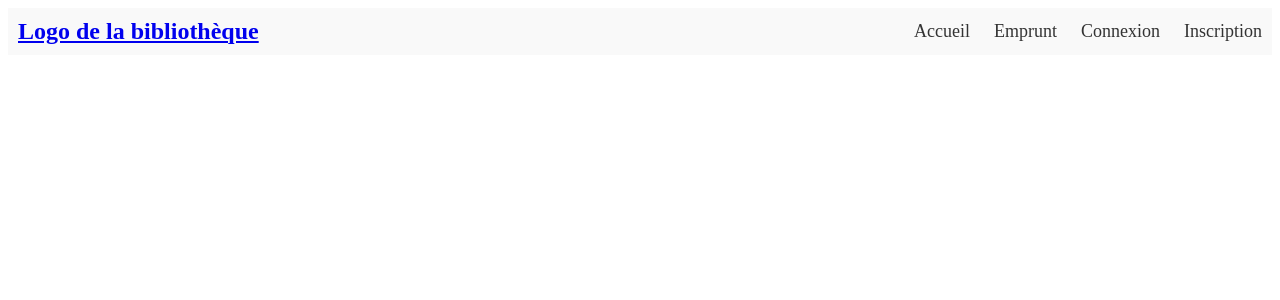
Repository: Eurin-lumen/space
Page: http://localhost/
An editor plug-in stored every save of this project. The page is shown before and after the next save, followed by the edit.
The browser window is 1280 px wide. The pictures show the whole page.
The page is run by PHP 8.4 with error messages shown; the project is at /var/www/html/. Queries for data that is not in the repository find no rows.

Above is the page before, as saved 2023-07-23 19:56:51.

### index.php
<?php
require_once 'includes/config.php';
require_once 'includes/functions.php';

// Récupérer tous les livres disponibles
$books = getAllBooks();
?>

<!DOCTYPE html>
<html>
<head>
    <title>Page d'accueil</title>
    <!-- <link rel="stylesheet" type="text/css" href="css/style.css"> -->
    <!-- <link rel="stylesheet" type="text/css" href="user/user_style.css"> -->
    <link rel="stylesheet" href="css/header.css">

</head>
<body>
    <?php include 'header.php'; ?>

    <main>
        <div class="book-list">
            <?php foreach ($books as $book) : ?>
                <div class="book">
                    <img src="images/<?php echo $book['image']; ?>" alt="<?php echo $book['title']; ?>">
                    <h2><?php echo $book['title']; ?></h2>
                    <p><strong>Auteur :</strong> <?php echo $book['author']; ?></p>
                    <p><strong>Domaine :</strong> <?php echo $book['domain']; ?></p>
                    <p><strong>Description :</strong> <?php echo $book['description']; ?></p>
                    <p><strong>Nombre d'exemplaires disponibles :</strong> <?php echo $book['copies']; ?></p>
                    <a href="user/view_book.php?id=<?php echo $book['id']; ?>" class="view-button">Voir Détails</a>
                </div>
            <?php endforeach; ?>
        </div>
    </main>

</body>
</html>

### includes/config.php
<?php
// Configuration de la base de données
define('DB_HOST', 'localhost'); // Adresse du serveur de la base de données
define('DB_USER', 'root'); // Nom d'utilisateur de la base de données
define('DB_PASS', ''); // Mot de passe de la base de données
define('DB_NAME', 'library_management'); // Nom de la base de données

// Connexion à la base de données
$conn = mysqli_connect(DB_HOST, DB_USER, DB_PASS, DB_NAME);

// Vérifier la connexion
if (!$conn) {
    die("La connexion à la base de données a échoué : " . mysqli_connect_error());
}
?>

### includes/functions.php
<?php
require_once 'config.php';
///* CAPITAINE *////

// Fonction pour récupérer tous les livres de la base de données
function getAllBooks() {
    global $conn;

    $sql = "SELECT * FROM books";
    $result = mysqli_query($conn, $sql);

    $books = array();

    while ($row = mysqli_fetch_assoc($result)) {
        $books[] = $row;
    }

    return $books;
}


//**END CAPITAINE */

// Fonction pour vérifier les informations de connexion de l'utilisateur
function checkLogin($username, $password) {
    global $conn;
    $sql = "SELECT id, password FROM users WHERE username = ?";
    $stmt = mysqli_prepare($conn, $sql);

    if (!$stmt) {
        return false;
    }

    mysqli_stmt_bind_param($stmt, "s", $username);
    mysqli_stmt_execute($stmt);
    mysqli_stmt_bind_result($stmt, $user_id, $hashed_password);
    mysqli_stmt_fetch($stmt);
    mysqli_stmt_close($stmt);

    // Vérifier si le mot de passe haché correspond au mot de passe saisi
    if (password_verify($password, $hashed_password)) {
        return $user_id;
    } else {
        return false;
    }
}

// Fonction pour ajouter un nouvel utilisateur
function addUser($username, $hashed_password) {
    global $conn;
    $sql = "INSERT INTO users (username, password) VALUES (?, ?)";
    $stmt = mysqli_prepare($conn, $sql);

    if (!$stmt) {
        return false;
    }

    mysqli_stmt_bind_param($stmt, "ss", $username, $hashed_password);
    $result = mysqli_stmt_execute($stmt);
    mysqli_stmt_close($stmt);

    return $result;
}

// Fonction pour récupérer les informations de l'utilisateur par son ID
function getUserById($user_id) {
    global $conn;
    $sql = "SELECT id, username, role FROM users WHERE id = ?";
    $stmt = mysqli_prepare($conn, $sql);

    if (!$stmt) {
        return null;
    }

    mysqli_stmt_bind_param($stmt, "i", $user_id);
    mysqli_stmt_execute($stmt);
    mysqli_stmt_bind_result($stmt, $id, $username, $role);
    mysqli_stmt_fetch($stmt);
    mysqli_stmt_close($stmt);

    if (!$id) {
        return null;
    }

    return ['id' => $id, 'username' => $username, 'role' => $role];
}

// Fonction pour récupérer les informations de l'utilisateur par son nom d'utilisateur
function getUserByUsername($username) {
    global $conn;
    $sql = "SELECT id, username FROM users WHERE username = ?";
    $stmt = mysqli_prepare($conn, $sql);

    if (!$stmt) {
        return null;
    }

    mysqli_stmt_bind_param($stmt, "s", $username);
    mysqli_stmt_execute($stmt);
    mysqli_stmt_bind_result($stmt, $id, $username);
    mysqli_stmt_fetch($stmt);
    mysqli_stmt_close($stmt);

    if (!$id) {
        return null;
    }

    return ['id' => $id, 'username' => $username];
}


// Fonction pour récupérer les livres empruntés par un utilisateur par son ID
function getBorrowedBooksByUserId($user_id) {
    global $conn;

    $sql = "SELECT books.title, books.author, books.borrow_date FROM borrowed_books JOIN books ON borrowed_books.book_id = books.id WHERE borrowed_books.user_id = ?";
    $stmt = mysqli_prepare($conn, $sql);

    if (!$stmt) {
        return array();
    }

    mysqli_stmt_bind_param($stmt, "i", $user_id);

    if (mysqli_stmt_execute($stmt)) {
        $result = mysqli_stmt_get_result($stmt);
        $borrowedBooks = array();
        while ($book = mysqli_fetch_assoc($result)) {
            $borrowedBooks[] = $book;
        }
        return $borrowedBooks;
    } else {
        return array();
    }
}

// Fonction pour récupérer les informations d'un livre à partir de son identifiant
function getBookById($bookId) {
    global $conn;

    // Préparer la requête SQL pour récupérer les informations du livre
    $sql = "SELECT * FROM books WHERE id = ?";
    $stmt = mysqli_prepare($conn, $sql);

    // Vérifier si la préparation de la requête a réussi
    if (!$stmt) {
        return null; // Une erreur s'est produite lors de la préparation de la requête
    }

    mysqli_stmt_bind_param($stmt, "i", $bookId);

    // Exécuter la requête
    if (mysqli_stmt_execute($stmt)) {
        // Récupérer le résultat de la requête
        $result = mysqli_stmt_get_result($stmt);

        // Vérifier si un livre a été trouvé
        if (mysqli_num_rows($result) === 1) {
            // Récupérer les informations du livre
            $book = mysqli_fetch_assoc($result);
            return $book; // Retourner les informations du livre
        } else {
            return null; // Aucun livre trouvé avec l'identifiant donné
        }
    } else {
        return null; // Une erreur s'est produite lors de l'exécution de la requête
    }
}


// Fonction pour emprunter un livre
function borrowBook($userId, $bookId) {
    global $conn;

    // Vérifier le nombre d'emprunts en cours de l'utilisateur
    $borrowedBooksCount = getBorrowedBooksCount($userId);
    if ($borrowedBooksCount >= 3) {
        return false; // Limite d'emprunts atteinte, impossible d'emprunter plus de livres
    }

    // Vérifier si le livre est disponible (au moins une copie disponible)
    $book = getBookById($bookId);
    if ($book['copies'] <= 0) {
        return false; // Livre indisponible, aucune copie disponible pour l'emprunt
    }

    // Préparer la requête SQL pour enregistrer l'emprunt du livre
    $sql = "INSERT INTO borrowings (user_id, book_id, borrow_date) VALUES (?, ?, NOW())";
    $stmt = mysqli_prepare($conn, $sql);

    // Vérifier si la préparation de la requête a réussi
    if (!$stmt) {
        return false; // Une erreur s'est produite lors de la préparation de la requête
    }

    mysqli_stmt_bind_param($stmt, "ii", $userId, $bookId);

    // Exécuter la requête
    if (mysqli_stmt_execute($stmt)) {
        // Mettre à jour le nombre de copies disponibles du livre
        $updatedCopies = $book['copies'] - 1;
        updateBookCopies($bookId, $updatedCopies);
        return true; // Livre emprunté avec succès
    } else {
        return false; // Une erreur s'est produite lors de l'emprunt du livre
    }
}

// Fonction pour retourner un livre
function returnBook($userId, $bookId) {
    global $conn;

    // Vérifier si l'utilisateur a emprunté le livre
    if (!isBookBorrowedByUser($userId, $bookId)) {
        return false; // L'utilisateur n'a pas emprunté ce livre, impossible de le retourner
    }

    // Préparer la requête SQL pour supprimer l'emprunt du livre
    $sql = "DELETE FROM borrowings WHERE user_id = ? AND book_id = ?";
    $stmt = mysqli_prepare($conn, $sql);

    // Vérifier si la préparation de la requête a réussi
    if (!$stmt) {
        return false; // Une erreur s'est produite lors de la préparation de la requête
    }

    mysqli_stmt_bind_param($stmt, "ii", $userId, $bookId);

    // Exécuter la requête
    if (mysqli_stmt_execute($stmt)) {
        // Mettre à jour le nombre de copies disponibles du livre
        $book = getBookById($bookId);
        $updatedCopies = $book['copies'] + 1;
        updateBookCopies($bookId, $updatedCopies);
        return true; // Livre retourné avec succès
    } else {
        return false; // Une erreur s'est produite lors du retour du livre
    }
}


// Fonction pour récupérer le nombre d'emprunts d'un utilisateur
function getBorrowedBooksCount($userId) {
    global $conn;

    // Préparer la requête SQL pour compter le nombre d'emprunts de l'utilisateur
    $sql = "SELECT COUNT(*) AS count FROM borrowings WHERE user_id = ?";
    $stmt = mysqli_prepare($conn, $sql);

    // Vérifier si la préparation de la requête a réussi
    if (!$stmt) {
        return 0; // Une erreur s'est produite lors de la préparation de la requête
    }

    mysqli_stmt_bind_param($stmt, "i", $userId);

    // Exécuter la requête
    mysqli_stmt_execute($stmt);

    // Récupérer le résultat de la requête
    $result = mysqli_stmt_get_result($stmt);

    // Récupérer le nombre d'emprunts
    $row = mysqli_fetch_assoc($result);
    $count = $row['count'];

    return $count;
}


// Fonction pour vérifier si un livre est emprunté par un utilisateur
function isBookBorrowedByUser($userId, $bookId) {
    global $conn;

    // Préparer la requête SQL pour vérifier si le livre est emprunté par l'utilisateur
    $sql = "SELECT * FROM borrowings WHERE user_id = ? AND book_id = ?";
    $stmt = mysqli_prepare($conn, $sql);

    // Vérifier si la préparation de la requête a réussi
    if (!$stmt) {
        return false; // Une erreur s'est produite lors de la préparation de la requête
    }

    mysqli_stmt_bind_param($stmt, "ii", $userId, $bookId);

    // Exécuter la requête
    mysqli_stmt_execute($stmt);

    // Récupérer le résultat de la requête
    $result = mysqli_stmt_get_result($stmt);

    // Vérifier si le livre est emprunté par l'utilisateur
    if (mysqli_num_rows($result) > 0) {
        return true; // Le livre est emprunté par l'utilisateur
    } else {
        return false; // Le livre n'est pas emprunté par l'utilisateur
    }
}

// Fonction pour rechercher des livres par titre ou auteur
function searchBooks($keyword) {
    global $conn;
    $sql = "SELECT * FROM books WHERE title LIKE ? OR author LIKE ?";
    $stmt = mysqli_prepare($conn, $sql);

    if (!$stmt) {
        return null;
    }

    $searchKeyword = "%" . $keyword . "%";
    mysqli_stmt_bind_param($stmt, "ss", $searchKeyword, $searchKeyword);
    mysqli_stmt_execute($stmt);
    $result = mysqli_stmt_get_result($stmt);
    mysqli_stmt_close($stmt);

    $books = array();
    while ($row = mysqli_fetch_assoc($result)) {
        $books[] = $row;
    }

    return $books;
}


/** PART ADMIN */

function getAdminById($admin_id) {
    global $conn;
    $sql = "SELECT id, username FROM admins WHERE id = ?";
    $stmt = mysqli_prepare($conn, $sql);

    if (!$stmt) {
        return null;
    }

    mysqli_stmt_bind_param($stmt, "i", $admin_id);
    mysqli_stmt_execute($stmt);
    mysqli_stmt_bind_result($stmt, $id, $username);
    mysqli_stmt_fetch($stmt);
    mysqli_stmt_close($stmt);

    if (!$id) {
        return null;
    }

    return ['id' => $id, 'username' => $username];
}

function getAdminByUsername($username) {
    global $conn;
    $sql = "SELECT id, username, password FROM admins WHERE username = ?";
    $stmt = mysqli_prepare($conn, $sql);

    if (!$stmt) {
        return null;
    }

    mysqli_stmt_bind_param($stmt, "s", $username);
    mysqli_stmt_execute($stmt);
    mysqli_stmt_bind_result($stmt, $id, $username, $hashedPassword);
    mysqli_stmt_fetch($stmt);
    mysqli_stmt_close($stmt);

    if (!$id) {
        return null;
    }

    return ['id' => $id, 'username' => $username, 'password' => $hashedPassword];
}

// Fonction pour enregistrer un nouvel administrateur

function registerAdmin($username, $password, $confirm_password) {
    global $conn;

    // Vérifier si les mots de passe correspondent
    if ($password !== $confirm_password) {
        return false; // Les mots de passe ne correspondent pas
    }

    // Vérifier si l'administrateur existe déjà dans la base de données
    $query = "SELECT id FROM admins WHERE username = ?";
    $stmt = mysqli_prepare($conn, $query);

    if (!$stmt) {
        return false; // Une erreur s'est produite lors de la préparation de la requête
    }

    mysqli_stmt_bind_param($stmt, "s", $username);
    mysqli_stmt_execute($stmt);
    mysqli_stmt_store_result($stmt);

    if (mysqli_stmt_num_rows($stmt) > 0) {
        return false; // L'administrateur existe déjà
    }

    // Hasher le mot de passe avant de l'enregistrer dans la base de données
    $hashed_password = password_hash($password, PASSWORD_DEFAULT);

    // Insérer le nouvel administrateur dans la base de données
    $query = "INSERT INTO admins (username, password) VALUES (?, ?)";
    $stmt = mysqli_prepare($conn, $query);

    if (!$stmt) {
        return false; // Une erreur s'est produite lors de la préparation de la requête
    }

    mysqli_stmt_bind_param($stmt, "ss", $username, $hashed_password);

    if (mysqli_stmt_execute($stmt)) {
        return true; // L'administrateur a été enregistré avec succès
    } else {
        return false; // Une erreur s'est produite lors de l'enregistrement de l'administrateur
    }
}

// Fonction pour vérifier si l'administrateur est connecté
function isAdminLoggedIn() {
    return isset($_SESSION['admin_id']);
}

// Fonction pour gérer la connexion de l'administrateur
function adminLogin($username, $password) {
    global $conn;

    // Vérifier si l'administrateur existe dans la base de données
    $admin = getAdminByUsername($username);

    if (!$admin) {
        return false; // L'administrateur n'existe pas
    }

    // Vérifier le mot de passe
    if (password_verify($password, $admin['password'])) {
        // Le mot de passe est correct, enregistrer l'ID de l'administrateur dans la session
        $_SESSION['admin_id'] = $admin['id'];
        return true; // Connexion réussie
    } else {
        return false; // Mot de passe incorrect
    }
}


/*
function addBook($title, $author, $domain, $description, $copies, $image, $pdf) {
    global $conn;

    // Préparer la requête SQL pour insérer le nouveau livre
    $sql = "INSERT INTO books (title, author, domain, description, copies, image, pdf) VALUES (?, ?, ?, ?, ?, ?, ?)";
    $stmt = mysqli_prepare($conn, $sql);

    // Vérifier si la préparation de la requête a réussi
    if (!$stmt) {
        return false; // Une erreur s'est produite lors de la préparation de la requête
    }

    mysqli_stmt_bind_param($stmt, "ssssiss", $title, $author, $domain, $description, $copies, $image, $pdf);

    // Exécuter la requête
    if (mysqli_stmt_execute($stmt)) {
        return true; // Le livre a été ajouté avec succès
    } else {
        return false; // Une erreur s'est produite lors de l'ajout du livre
    }
} */

function addBook($title, $author, $domain, $description, $copies, $image, $pdf) {
    global $conn;

    // Vérifier si l'image a été téléchargée avec succès
    if (isset($_FILES['image']) && $_FILES['image']['error'] === UPLOAD_ERR_OK) {
        // Obtenir le nom temporaire du fichier téléchargé
        $tmp_name = $_FILES['image']['tmp_name'];

        // Définir le chemin où l'image sera stockée sur le serveur
        $image_filename = 'images/' . $_FILES['image']['name'];

        // Déplacer le fichier téléchargé vers son emplacement final
        move_uploaded_file($tmp_name, $image_filename);
    } else {
        // Si l'image n'a pas été téléchargée, définir le nom de fichier à null
        $image_filename = null;
    }

    // Préparer la requête SQL pour insérer le nouveau livre
    $sql = "INSERT INTO books (title, author, domain, description, copies, image_filename, pdf) VALUES (?, ?, ?, ?, ?, ?, ?)";
    $stmt = mysqli_prepare($conn, $sql);

    // Vérifier si la préparation de la requête a réussi
    if (!$stmt) {
        return false; // Une erreur s'est produite lors de la préparation de la requête
    }

    mysqli_stmt_bind_param($stmt, "ssssiss", $title, $author, $domain, $description, $copies, $image_filename, $pdf);

    // Exécuter la requête
    if (mysqli_stmt_execute($stmt)) {
        return true; // Le livre a été ajouté avec succès
    } else {
        return false; // Une erreur s'est produite lors de l'ajout du livre
    }
}
///METTRE A JOUR A PROBLEME
// Fonction pour mettre à jour les informations d'un livre
function updateBook($book_id, $title, $author, $domain, $description, $copies, $image, $pdf) {
    global $conn;

    // Préparer la requête SQL pour mettre à jour les informations du livre
    $sql = "UPDATE books SET title = ?, author = ?, domain = ?, description = ?, copies = ?, image = ?, pdf = ? WHERE id = ?";
    $stmt = mysqli_prepare($conn, $sql);

    // Vérifier si la préparation de la requête a réussi
    if (!$stmt) {
        return false; // Une erreur s'est produite lors de la préparation de la requête
    }

    mysqli_stmt_bind_param($stmt, "ssssisssi", $title, $author, $domain, $description, $copies, $image, $pdf, $book_id);

    // Exécuter la requête
    if (mysqli_stmt_execute($stmt)) {
        return true; // Le livre a été mis à jour avec succès
    } else {
        return false; // Une erreur s'est produite lors de la mise à jour du livre
    }
}


// Fonction pour supprimer un livre
function deleteBook($book_id) {
    global $conn;

    // Préparer la requête SQL pour supprimer le livre de la base de données
    $sql = "DELETE FROM books WHERE id = ?";
    $stmt = mysqli_prepare($conn, $sql);

    // Vérifier si la préparation de la requête a réussi
    if (!$stmt) {
        return false; // Une erreur s'est produite lors de la préparation de la requête
    }

    mysqli_stmt_bind_param($stmt, "i", $book_id);

    // Exécuter la requête
    if (mysqli_stmt_execute($stmt)) {
        return true; // Le livre a été supprimé avec succès
    } else {
        return false; // Une erreur s'est produite lors de la suppression du livre
    }
}



// includes/functions.php

function getBorrowedBooks() {
    global $conn;

    // Requête SQL pour récupérer les livres empruntés avec les informations sur l'utilisateur
    $sql = "SELECT books.id, books.title, books.author, users.username, borrowed_books.borrow_date, borrowed_books.is_returned
            FROM borrowed_books
            INNER JOIN books ON borrowed_books.book_id = books.id
            INNER JOIN users ON borrowed_books.user_id = users.id
            ORDER BY borrowed_books.borrow_date DESC";

    $result = mysqli_query($conn, $sql);

    if (!$result) {
        return false; // Une erreur s'est produite lors de l'exécution de la requête
    }

    $borrowed_books = array();

    while ($row = mysqli_fetch_assoc($result)) {
        $borrowed_books[] = $row;
    }

    return $borrowed_books;
}

### header.php
<!-- header.php -->
<header>
    <div class="logo">
        <a href="index.php">Logo de la bibliothèque</a>
    </div>
    <nav>
        <ul>
            <li><a href="index.php">Accueil</a></li>
            <li><a href="emprunt.php">Emprunt</a></li>
            <li><a href="connexion.php">Connexion</a></li>
            <li><a href="inscription.php">Inscription</a></li>
        </ul>
    </nav>
</header>

### css/header.css
/* Style pour l'en-tête (Header) */
header {
    background-color: #f9f9f9;
    padding: 10px;
    display: flex;
    justify-content: space-between;
    align-items: center;
}

.logo {
    font-size: 24px;
    font-weight: bold;
    color: #333;
    text-decoration: none;
    transition: color 0.3s;
}

.logo:hover {
    color: #ffcc00;
}

nav ul {
    list-style-type: none;
    margin: 0;
    padding: 0;
}

nav li {
    display: inline-block;
    margin-left: 20px;
}

nav a {
    text-decoration: none;
    color: #333;
    font-size: 18px;
    transition: color 0.3s;
}

nav a:hover {
    color: #ffcc00;
}

/* Style pour rendre l'en-tête dynamique (ajuster selon la taille de l'écran) */
@media screen and (max-width: 768px) {
    .logo {
        font-size: 20px;
    }

    nav {
        display: none;
    }

    /* Afficher le menu de navigation en version mobile */
    .menu-icon {
        display: block;
        font-size: 24px;
        color: #333;
        cursor: pointer;
    }

    .menu-icon.active {
        display: none;
    }

    .menu-icon.active + nav {
        display: block;
    }
}

After the next save:
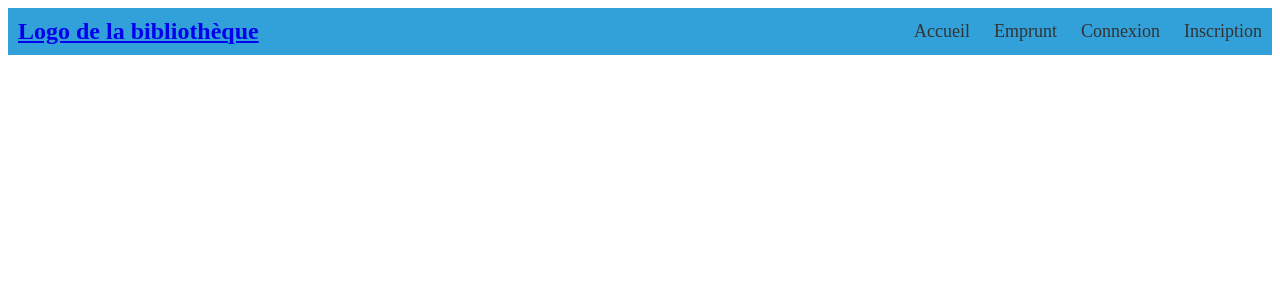
Saved 37 s later.
--- a/css/header.css
+++ b/css/header.css
@@ -1,6 +1,6 @@
 /* Style pour l'en-tête (Header) */
 header {
-    background-color: #f9f9f9;
+    background-color: #32a1d9;
     padding: 10px;
     display: flex;
     justify-content: space-between;
